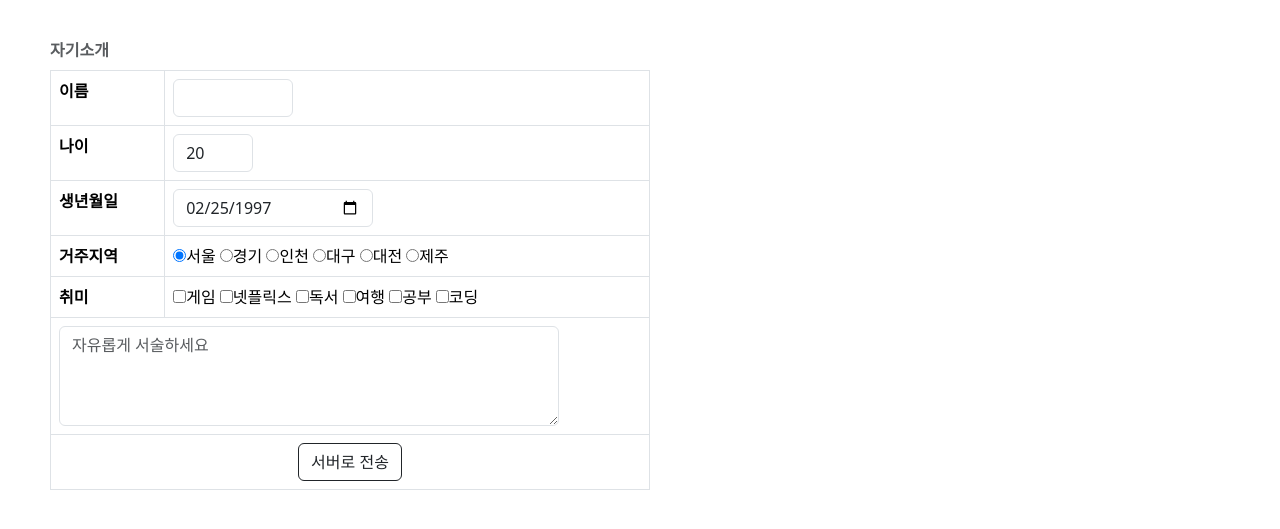
Repository: jini8293/Sist_04
Page: http://localhost/jspProject/intro/addForm.jsp
These files come from the project's save history. The page is drawn as it stood at one moment and after the next save; the edit follows.
The browser window is 1280 px wide. The pictures show the whole page.
Some web fonts or font styles are not loaded; a fallback is used. The page is served by Tomcat 9.

Above is the page before, as saved 2024-03-07 00:47:53.

After the next save:
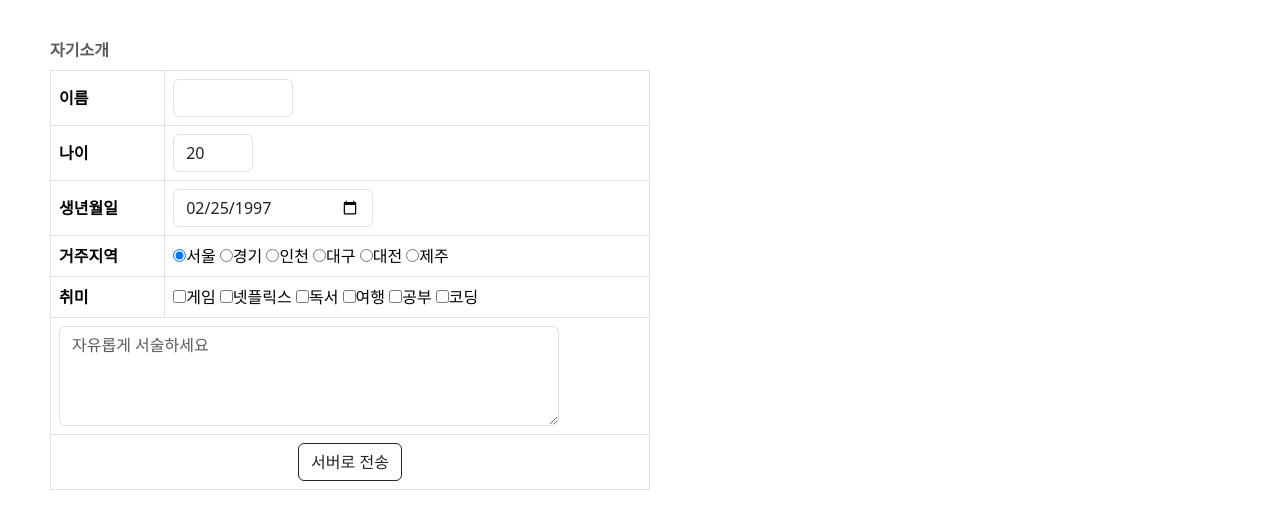
Saved 2 min 44 s later.
--- a/jspwork/jspProject/src/main/webapp/intro/addForm.jsp
+++ b/jspwork/jspProject/src/main/webapp/intro/addForm.jsp
@@ -21,19 +21,19 @@
 					<b>자기소개</b>
 				</caption>
 				<tr>
-					<th align="center">이름</th>
+					<th align="center" valign="middle">이름</th>
 					<td><input type="text" name="name" class="form-control"
 						required="required" style="width: 120px;"></td>
 				</tr>
 
 				<tr>
-					<th>나이</th>
+					<th align="center" valign="middle">나이</th>
 					<td><input type="number" name="age" class="form-control"
 						value="20" style="width: 80px;"></td>
 				</tr>
 
 				<tr>
-					<th>생년월일</th>
+					<th align="center" valign="middle">생년월일</th>
 					<td><input type="date" name="birthday" class="form-control"
 						value="1997-02-25" style="width: 200px;"></td>
 				</tr>
